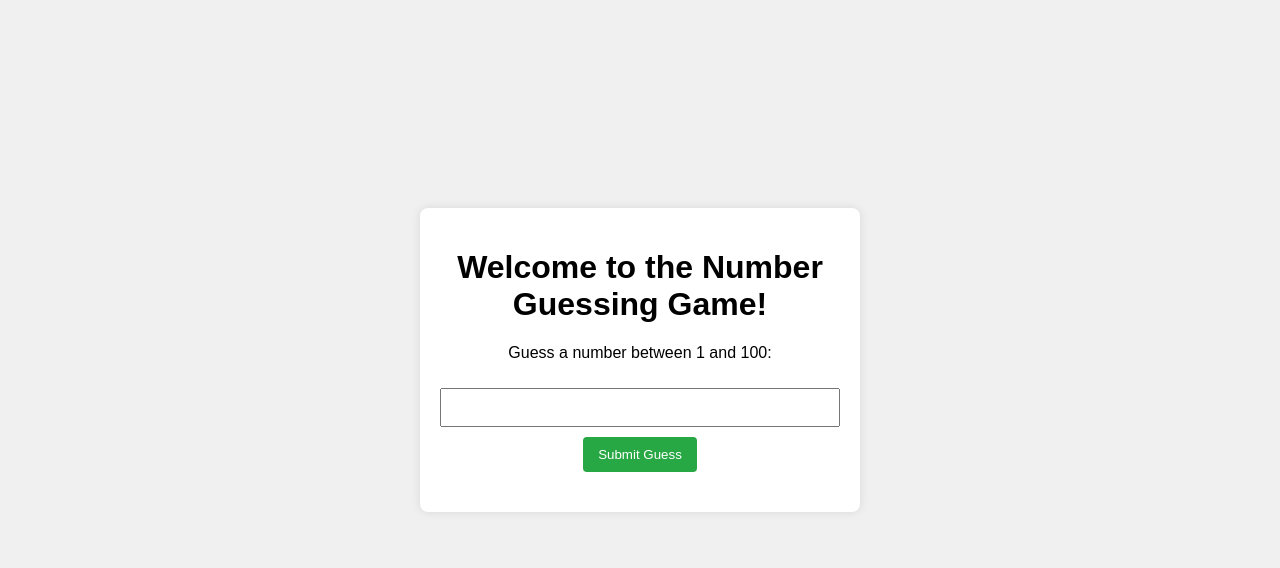
Repository: Rahim-Ullah/hexoforge-bootcamp
Page: phase-2-js-basic/guessing-game.html
These files come from the project's save history. The page is drawn as it stood at one moment and after the next save; the edit follows.
The browser window is 1280 px wide. The pictures show the whole page.

Above is the page before, as saved 2025-09-06 12:38:18.

### phase-2-js-basic/guessing-game.html
<!DOCTYPE html>
<html lang="en">

<head>
    <meta charset="UTF-8">
    <meta name="viewport" content="width=device-width, initial-scale=1.0">
    <title>Number guessing game</title>
    <style>
        html,
        body {
            height: 100%;
            margin: 0;
            padding: 0;
        }

        body {
            font-family: Arial, sans-serif;
            background-color: #f0f0f0;
            min-height: 100vh;
            display: flex;
            justify-content: center;
            align-items: center;
        }

        .container {
            max-width: 400px;
            width: 100%;
            text-align: center;
            padding: 20px;
            background-color: white;
            border-radius: 8px;
            box-shadow: 0 0 10px rgba(0, 0, 0, 0.1);
        }

        input[type="number"] {
            width: 100%;
            padding: 10px;
            margin: 10px 0;
            box-sizing: border-box;
        }

        button {
            padding: 10px 15px;
            background-color: #28a745;
            color: white;
            border: none;
            border-radius: 4px;
            cursor: pointer;
        }

        button:hover {
            background-color: #218838;
        }

        #resultMessage {
            margin-top: 20px;
            font-weight: bold;
        }
    </style>
</head>

<body>
    <div class="container">
        <h1>Welcome to the Number Guessing Game!</h1>
        <p>Guess a number between 1 and 100:</p>
        <input type="number" id="userGuess" min="1" max="100">
        <button id="submitGuess">Submit Guess</button>
        <p id="resultMessage"></p>
    </div>

    <script>
        const randomNumber = Math.floor(Math.random() * 100) + 1;
        const submitGuessButton = document.getElementById('submitGuess');
        const resultMessage = document.getElementById('resultMessage');

        submitGuessButton.addEventListener('click', () => {
            const userGuess = parseInt(document.getElementById('userGuess').value);
            if (userGuess === randomNumber) {
                resultMessage.textContent = 'Congratulations! You guessed the correct number.';
            } else if (userGuess < randomNumber) {
                resultMessage.textContent = 'Too low! Try again.';
            } else {
                resultMessage.textContent = 'Too high! Try again.';
            }
        });
    </script>
</body>

</html>

After the next save:
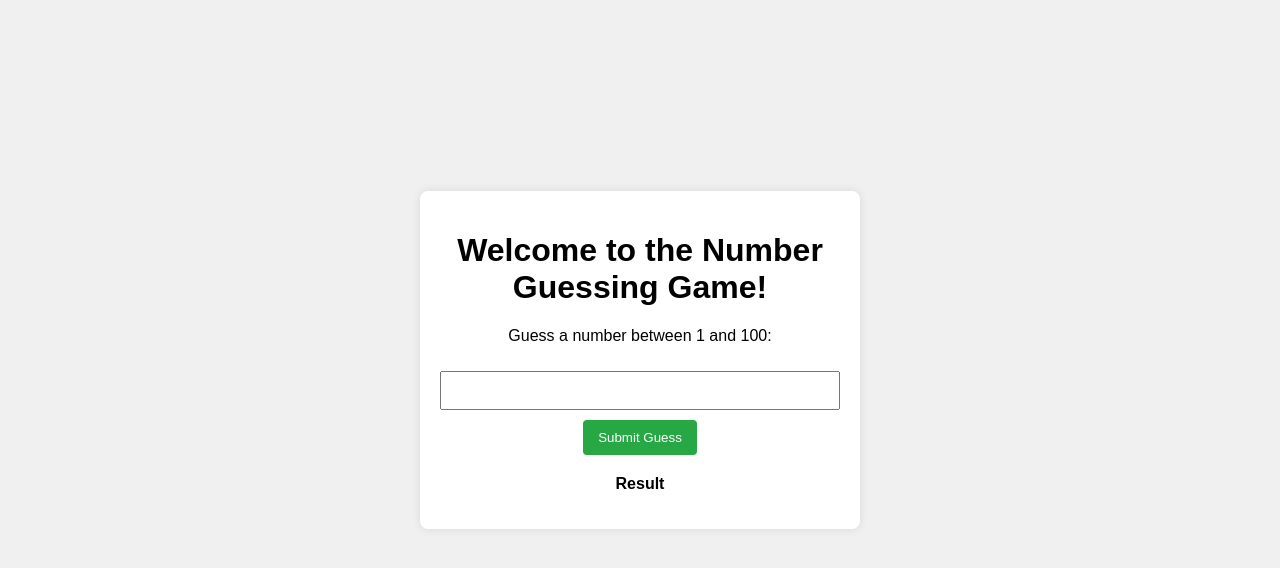
Saved 56 s later.
--- a/phase-2-js-basic/guessing-game.html
+++ b/phase-2-js-basic/guessing-game.html
@@ -65,7 +65,7 @@
         <p>Guess a number between 1 and 100:</p>
         <input type="number" id="userGuess" min="1" max="100">
         <button id="submitGuess">Submit Guess</button>
-        <p id="resultMessage"></p>
+        <p id="resultMessage">Result</p>
     </div>
 
     <script>
